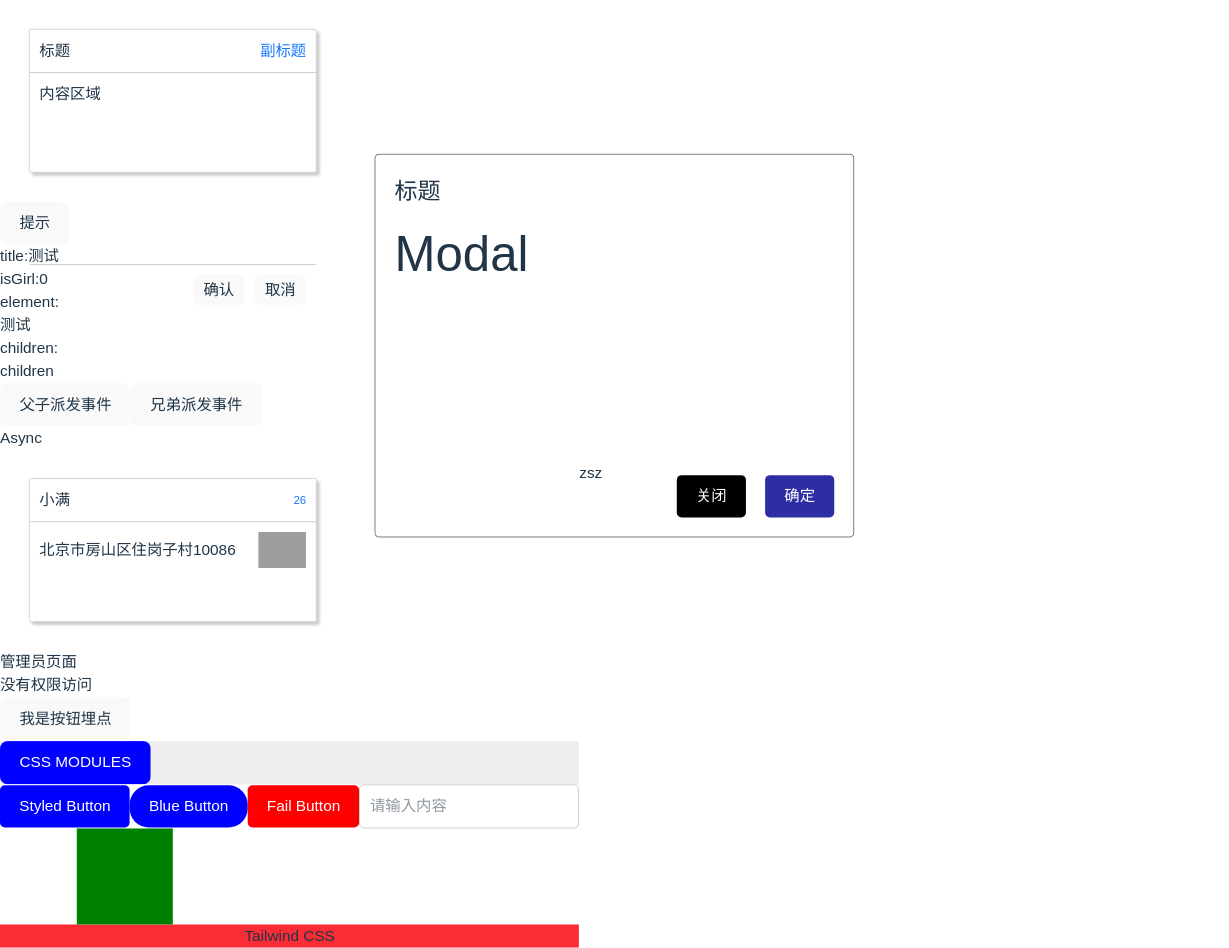
Repository: EDMZJJJ/learn-react
Page: /
An editor plug-in stored every save of this project. The page is shown before and after the next save, followed by the edit.
The browser window is 1280 px wide. The pictures show the whole page, at 96% of full size.
Pictures or frames that could not be fetched are drawn as grey boxes. The project was rebuilt for these pictures with package versions that can differ from the ones it lists, and the page was loaded fresh each time. Also part of the build but not shown: vite.config.ts, src/components/Skeleton/index.css, src/components/Message/index.css, src/components/Message/index.tsx.

Above is the page before, as saved 2026-03-11 16:41:26.

After the next save:
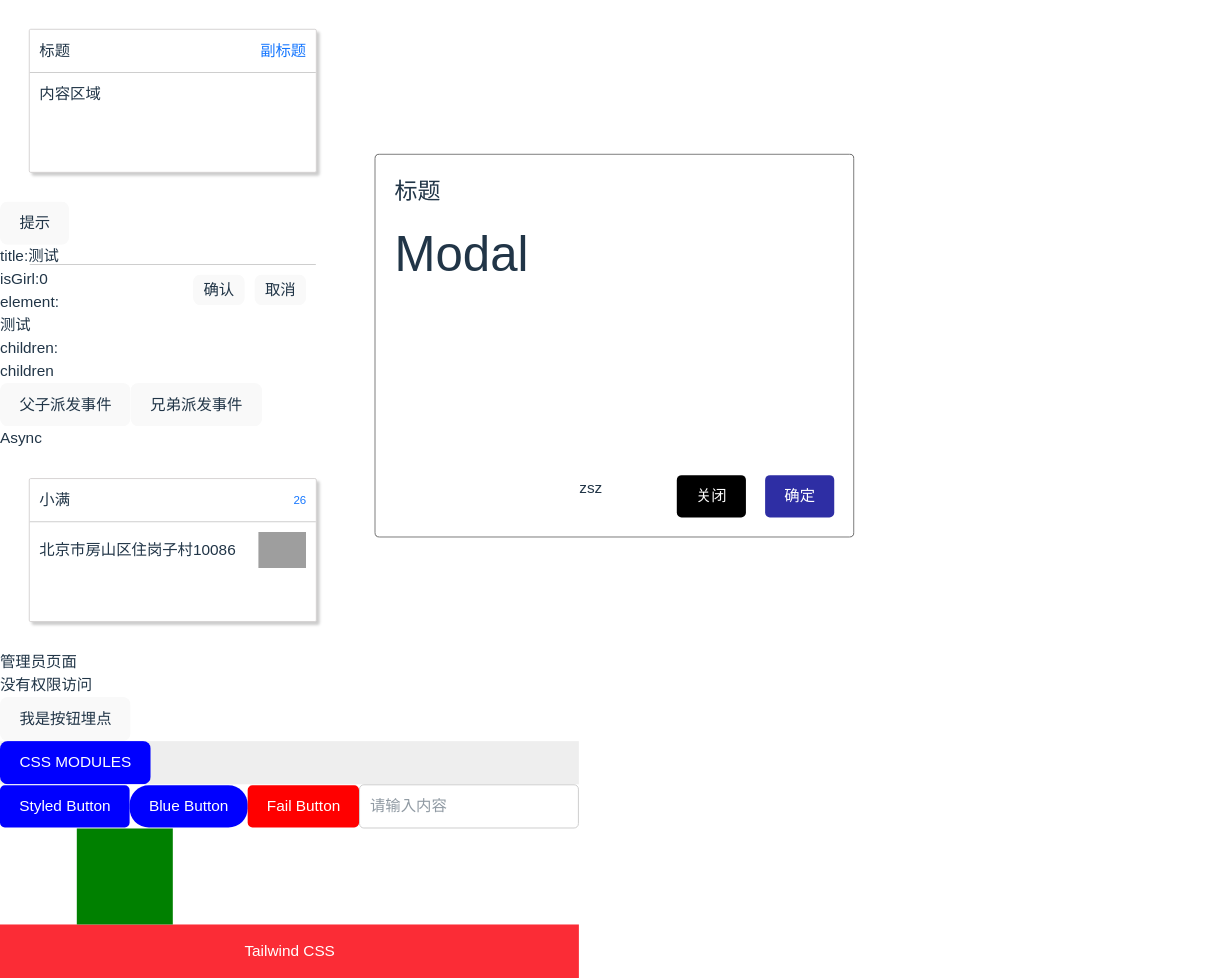
Saved 10 s later.
--- a/src/App.tsx
+++ b/src/App.tsx
@@ -193,7 +193,7 @@ const App: React.FC = () =>  {
       <AnimatedDiv />
 
       {/* tailwindcss */}
-      <section className="text-center bg-red-500">Tailwind CSS</section>
+      <section className="text-center bg-red-500 text-white p-4 ">Tailwind CSS</section>
     </>
   )
 }
